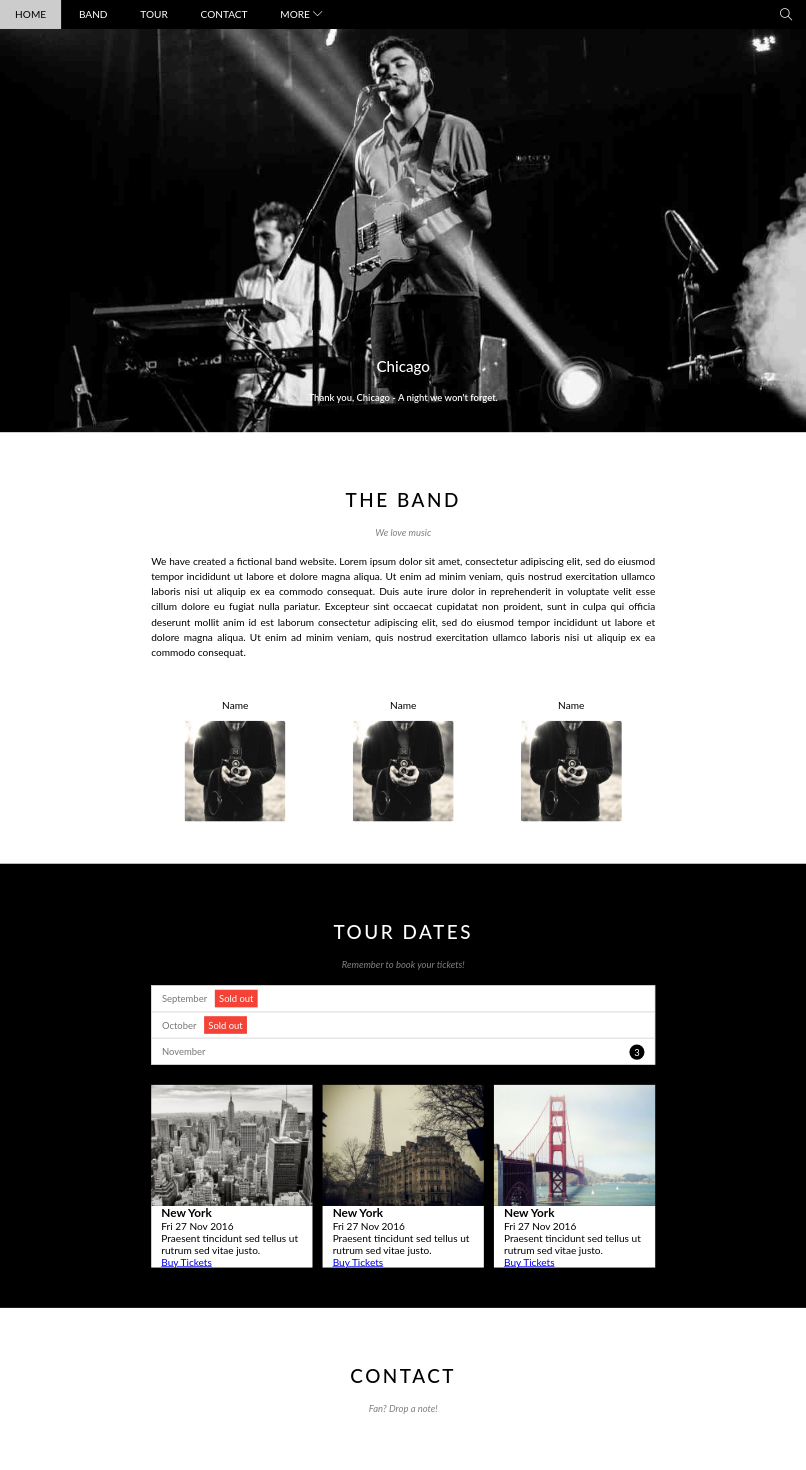
Repository: tatvanhco/web-dau-tay
Page: index.html
These files come from the project's save history. The page is drawn as it stood at one moment and after the next save; the edit follows.
The browser window is 1280 px wide. The pictures show the whole page, at 63% of full size.

Above is the page before, as saved 2022-01-23 20:21:08.

### index.html
<!DOCTYPE html>
<html lang="en">
<head>
    <meta charset="UTF-8">
    <!-- <meta http-equiv="X-UA-Compatible" content="IE=edge"> -->
    <meta name="viewport" content="width=device-width, initial-scale=1.0">
    <title>the band</title>
    <link rel="shortcut icon" href="./assets/img/band/logo.png" type="image/x-icon">
    <link rel="stylesheet" href="./assets/fronts/themify-icons/themify-icons.css">
    <link rel="stylesheet" href="./assets/css/style.css">
    <link rel="stylesheet" href="./assets/css/responsive.css">
</head>
<body>
    <div id="main">
        <div id="header">
            <ul id="nav">
                <li><a href="#">home</a></li>
                <li><a href="#">band</a></li>
                <li><a href="#">tour</a></li>
                <li><a href="#">contact</a></li>
                <li>
                    <a href="#">more
                        <i class="drop-down ti-angle-down"></i>
                    </a>
                    <div class="subnav">
                        <ul>
                            <li><a href="">Merchandise</a></li>
                            <li><a href="">Extras</a></li>
                            <li><a href="">Media</a></li>
                        </ul>
                    </div>
                </li>
            </ul>
            <div class="search-btn">
                <i class="search-icon ti-search"></i>
            </div>
        </div>
        <div id="slide">
            <div class="text-content">
                <h2 class="text-heading">Chicago</h2>
                <div class="text-desc">Thank you, Chicago - A night we won't forget.</div>
            </div>
        </div>
        <div id="content">
            <div class="content-section">
                <h2 class="section-heading">THE BAND</h2>
                <p class="section-sub-heading">We love music</p>
                <p class="about">
                    We have created a fictional band website. Lorem ipsum dolor sit amet, consectetur adipiscing elit, sed do eiusmod tempor incididunt ut labore et dolore magna aliqua. Ut enim ad minim veniam, quis nostrud exercitation ullamco laboris nisi ut aliquip ex ea commodo consequat. Duis aute irure dolor in reprehenderit in voluptate velit esse cillum dolore eu fugiat nulla pariatur. Excepteur sint occaecat cupidatat non proident, sunt in culpa qui officia deserunt mollit anim id est laborum consectetur adipiscing elit, sed do eiusmod tempor incididunt ut labore et dolore magna aliqua. Ut enim ad minim veniam, quis nostrud exercitation ullamco laboris nisi ut aliquip ex ea commodo consequat.
                </p>
                <div class="team">
                    <div class="team-list">
                        <p class="team-name">Name</p>
                        <img src="./assets/img/band/member.jpg" >
                    </div>

                    <div class="team-list">
                        <p class="team-name">Name</p>
                        <img src="./assets/img/band/member.jpg" >
                    </div>

                    <div class="team-list">
                        <p class="team-name">Name</p>
                        <img src="./assets/img/band/member.jpg" >
                    </div>
                </div>
                <div class="clear"></div>
            </div>

            <div class="tour-section">
                <div class="content-section">
                    <h2 class="text-white section-heading">TOUR DATES</h2>
                    <p class="text-white section-sub-heading">Remember to book your tickets!</p>
                    <ul class="ticket-list">
                        <li>September<span class="soldout">Sold out</span></li>
                        <li>October<span class="soldout">Sold out</span></li>
                        <li>November<span class="quatity">3</span></li>
                    </ul>
                    <div class="place-list">
                        <div class="place-item">
                            <img src="./assets/img/places/place1.jpg">
                            <div class="place-body">
                                <h3 class="place-heading">New York</h3>
                                <p class="place-time">Fri 27 Nov 2016</p>
                                <p class="place-desc">Praesent tincidunt sed tellus ut rutrum sed vitae justo.</p>
                                <a href="#" class="place-buy-btn">Buy Tickets</a>
                            </div>
                        </div>
                    </div>
                    <div class="place-list">
                        <div class="place-item">
                            <img src="./assets/img/places/place2.jpg">
                            <div class="place-body">
                                <h3 class="place-heading">New York</h3>
                                <p class="place-time">Fri 27 Nov 2016</p>
                                <p class="place-desc">Praesent tincidunt sed tellus ut rutrum sed vitae justo.</p>
                                <a href="#" class="place-buy-btn">Buy Tickets</a>
                            </div>
                        </div>
                    </div>
                    <div class="place-list">
                        <div class="place-item">
                            <img src="./assets/img/places/place3.jpg">
                            <div class="place-body">
                                <h3 class="place-heading">New York</h3>
                                <p class="place-time">Fri 27 Nov 2016</p>
                                <p class="place-desc">Praesent tincidunt sed tellus ut rutrum sed vitae justo.</p>
                                <a href="#" class="place-buy-btn">Buy Tickets</a>
                            </div>
                        </div>
                    </div>
                    <div class="clear"></div>
                </div>
            </div>

            <div class="content-section">
                <h2 class="section-heading">CONTACT</h2>
                <p class="section-sub-heading">Fan? Drop a note!</p>
            </div>

        </div>

        <div id="footer">

        </div>
    </div>
</body>
</html>

### assets/css/style.css
* {
    margin: 0;
    padding: 0;
    box-sizing: border-box;
}

body {
    font-family: "Lato", sans-serif;
}

.clear {
    clear: both;
}

.text-white {
    color: #fff !important;
}

#header {
    width: 100%;
    height: 46px;
    background-color: #000;
    position: fixed;
    top: 0;
    left: 0;
    right: 0;
    z-index: 1;
}
#nav {
    display: inline-block;
}

#nav > li {
    display: inline-block;
}

#nav li {
    position: relative;
    list-style-type: none;
}

#nav > li > a {
    color: #fff;
    text-transform: uppercase;
}

#nav li a {
    text-decoration: none;
    padding: 0 24px;
    line-height: 46px;
    display: block;

}

#nav li:hover .subnav {
    display: block;
}

#nav .subnav li:hover a,
#nav > li:hover > a {
    background-color: #ccc;
    color: #000;
}

#nav .subnav {
    display: none;
    min-width: 160px;
    position: absolute;
    top: 100%;
    left: 0;
    background-color: #fff;
    box-shadow: 0 0 10px rgba(0, 0, 0, 0.3);
}

#nav .subnav a {
    color: #000;
    padding: 0px 24px;
    line-height: 38px;
}

#header .search-btn {
    float: right;
    padding: 0 22px;
    cursor: pointer;
}

#header .search-btn:hover {
    background-color: #f44336;
}

#header .search-icon {
    color: #fff;
    font-size: 20px;
    line-height: 46px;
}

#slide {
    position: relative;
    margin-top: 46px;
    padding-top: 50%;
    background: url(/assets/img/slider/chicago.jpg) top center / cover no-repeat;
}

#slide .text-content {
    color: #fff;
    position: absolute;
    bottom: 47px;
    /* cách canh giữa
    left: 50%;
    transform: translateX(-50%); */
    width: 100%;
    text-align: center;
}

#slide .text-heading {
    font-weight: 500;
    font-size: 24px;
}

#slide .text-desc {
    font-weight: 600;
    margin-top: 25px;
    font-size: 15px;
}

#content {

}

#content .content-section {
    max-width: 800px;
    margin-left: auto;
    margin-right: auto;
    padding: 64px 0;
}

#content .section-heading,
#content .section-sub-heading {
    text-align: center;
    margin: 25px 0;
}

#content .section-heading {
    font-size: 30px;
    font-weight: 500;
    letter-spacing: 4px;
}

#content .section-sub-heading {
    font-size: 15px;
    opacity: 0.5;
    font-style: italic;
}

#content .about {
    text-align: justify;
    line-height: 1.5;
}

#content .team {
    margin-top: 48px;
}

#content .team-name {
    margin: 15px 0;
}

#content .team-list {
    float: left;
    width: 33.33333%;
    text-align: center;
}

#content .team-list img {
    width: 60%;
    border-radius: 4px;
    text-align: center;
}

.tour-section {
    background-color: #000;
}

.ticket-list {
    background-color: #fff;
}

.ticket-list li {
    color: #757575;
    list-style-type: none;
    font-size: 15px;
    border: 1px solid #ddd;
    padding: 11px 16px;
}

.ticket-list .soldout {
    color: #fff;
    margin-left: 12px;
    padding: 5px 7px;
    background-color: #f44336;
}

.ticket-list .quatity {
    float: right;
    width: 24px;
    height: 24px;
    border-radius: 50%;
    background-color: #000;
    color: #fff;
    text-align: center;
    line-height: 24px;
    margin-top: -2px;
}

.place-list {
    margin: 32px -8px 0;

}

.place-item {
    float: left;
    width: 33.33333%;
    padding: 0 8px;
}

.place-item img {
    width: 100%;
    display: block;
}

.place-item img:hover {
    opacity: 0.6;
}

.place-body {
    background-color: #fff;
    padding: 0.15px 16px;
}

.place-heading {

}

.place-time {

}

.place-desc {

}

.place-buy-btn {

}

Loaded but not shown: assets/fronts/themify-icons/themify-icons.css (common file); assets/css/responsive.css (no copy from this time; the picture is the same without it)

After the next save:
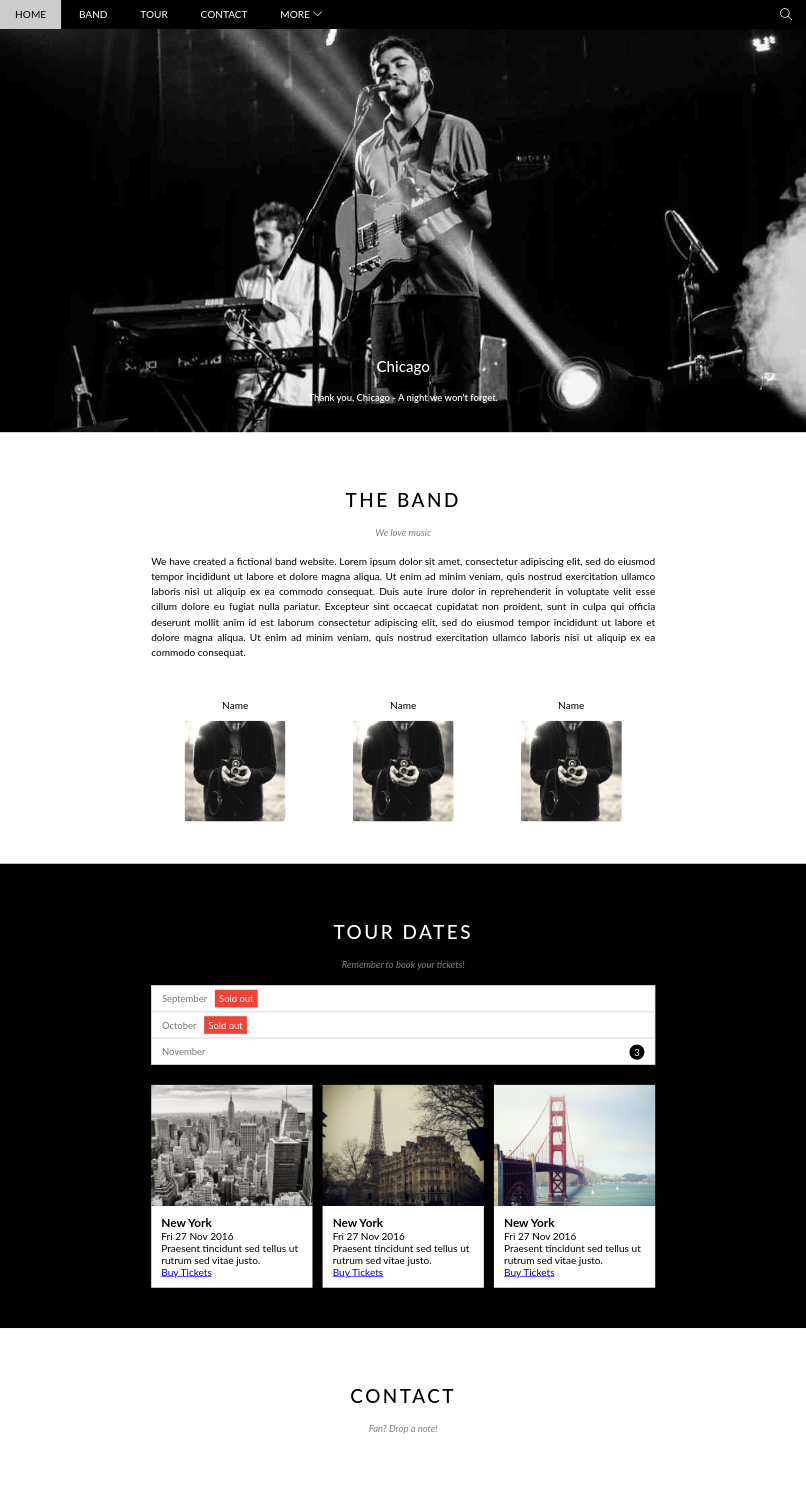
Saved 11 s later.
--- a/assets/css/style.css
+++ b/assets/css/style.css
@@ -234,7 +234,7 @@ body {
 
 .place-body {
     background-color: #fff;
-    padding: 0.15px 16px;
+    padding: 16px;
 }
 
 .place-heading {
